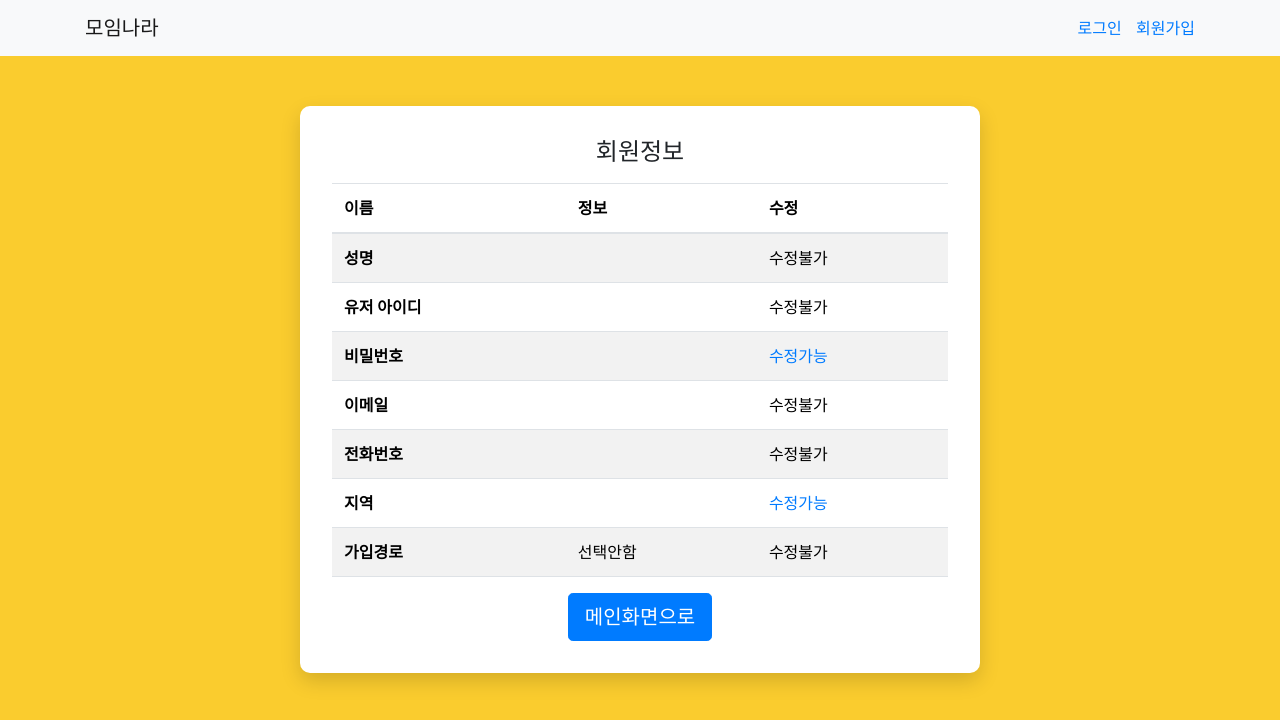
Repository: cmg9707/Devfox-spring-project
Page: http://localhost/DevJUS/WEB-INF/views/JUS/info.jsp
The author's editor kept a copy of each file at every save. The page is drawn from the files as they stood at one save, then again after the next save.
The browser window is 1280 px wide. The pictures show the whole page.
Some web libraries are served in a nearby version. The page is served by Tomcat 9. Nobody is signed in. The template is opened directly, without the code that normally fills it, so the values that code supplies are empty.

Above is the page before, as saved 2023-04-13 23:15:15.

After the next save:
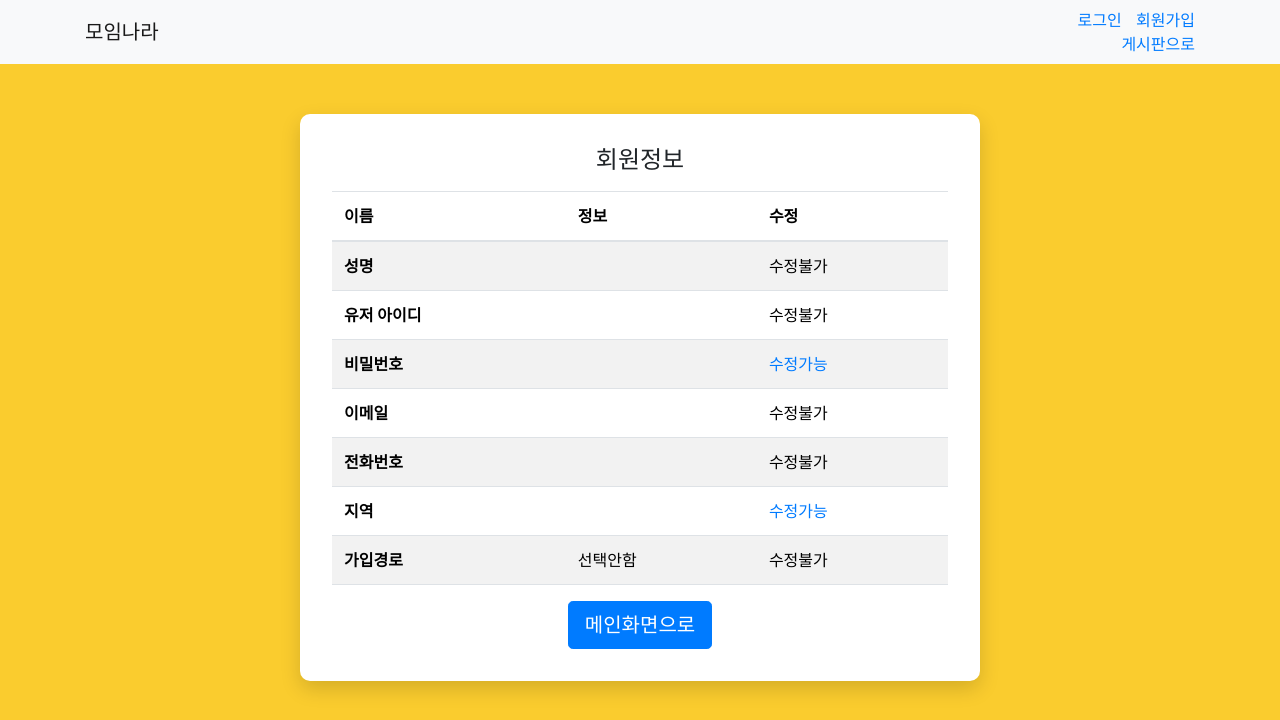
Saved 100 s later.
--- a/DevJUS/src/main/webapp/WEB-INF/views/JUS/info.jsp
+++ b/DevJUS/src/main/webapp/WEB-INF/views/JUS/info.jsp
@@ -63,6 +63,7 @@ body {
                 <a href="join">회원가입</a>
              	</div>
         </c:if>
+        	<a href="board" >게시판으로</a>
              	</div>
             </div>
 
